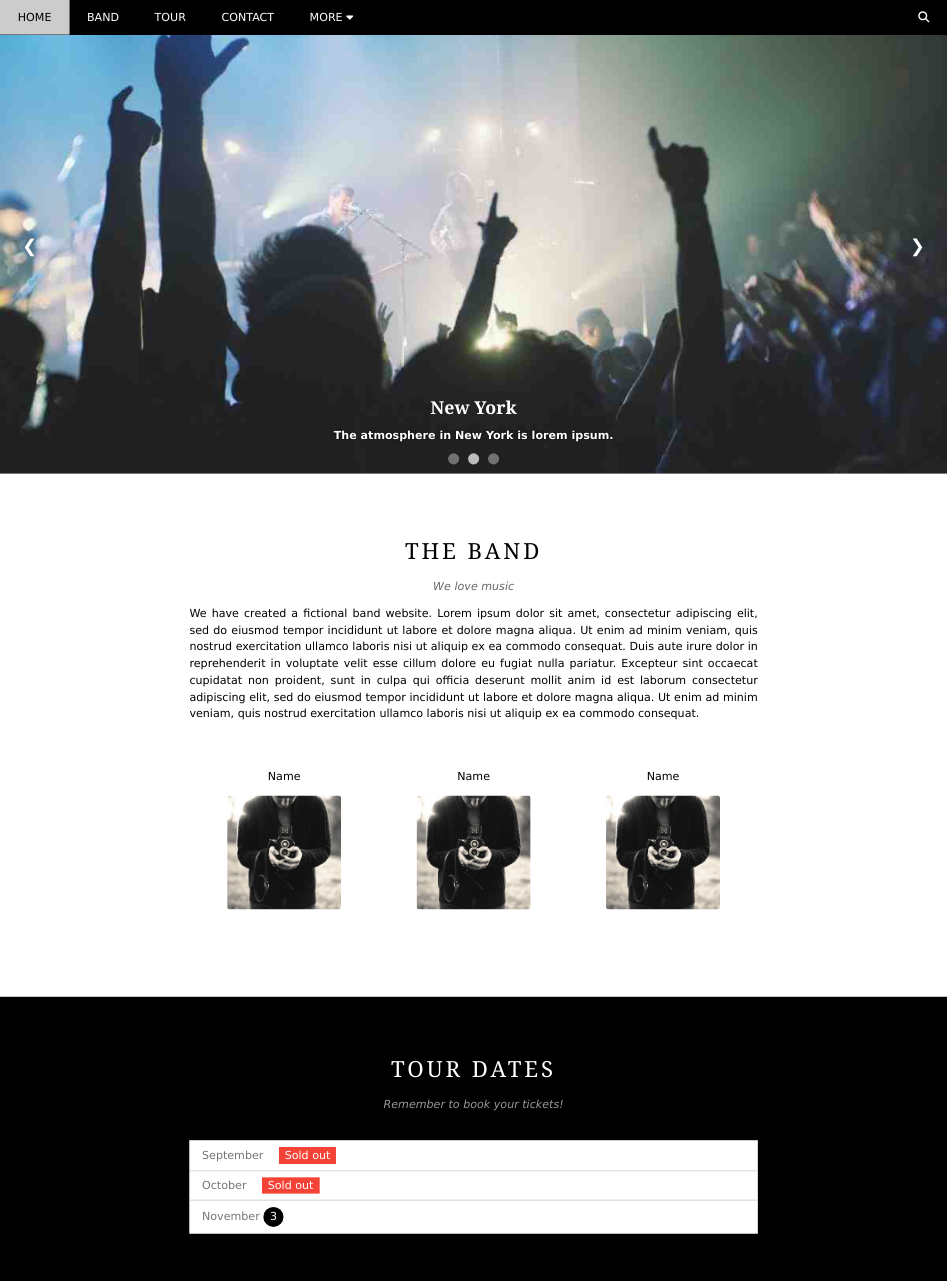
Repository: tam1512/The-Band
Page: index.html
The author's editor kept a copy of each file at every save. The page is drawn from the files as they stood at one save, then again after the next save.
The browser window is 1280 px wide. The pictures show the whole page, at 74% of full size.
Some web libraries are served in a nearby version.

Above is the page before, as saved 2022-07-23 15:45:01.

### index.html
<!DOCTYPE html>
<html lang="en">
  <head>
    <meta charset="UTF-8" />
    <meta http-equiv="X-UA-Compatible" content="IE=edge" />
    <meta name="viewport" content="width=device-width, initial-scale=1.0" />
    <link
      rel="stylesheet"
      href="https://cdnjs.cloudflare.com/ajax/libs/font-awesome/6.1.1/css/all.min.css"
      integrity="sha512-KfkfwYDsLkIlwQp6LFnl8zNdLGxu9YAA1QvwINks4PhcElQSvqcyVLLD9aMhXd13uQjoXtEKNosOWaZqXgel0g=="
      crossorigin="anonymous"
      referrerpolicy="no-referrer"
    />
    <link rel="stylesheet" href="./assets/css/style.css" />
    <title>The Band</title>
  </head>
  <body>
    <div class="container">
      <div class="header" id="home">
        <ul class="header_nav">
          <li><a href="#home">HOME</a></li>
          <li><a href="#band">BAND</a></li>
          <li><a href="#tour">TOUR</a></li>
          <li><a href="#contact">CONTACT</a></li>
          <li class="header_nav_dropdown">
            <a href="javascript:void(0)" class="dropbtn">
              MORE
              <i class="fa-solid fa-caret-down"></i>
            </a>
            <div class="dropdown-content">
              <a href="#">Merchandise</a>
              <a href="#">Extras</a>
              <a href="#">Media</a>
            </div>
          </li>
        </ul>
        <div id="header_search">
          <i class="fa-solid fa-magnifying-glass text-white"></i>
        </div>
      </div>
      <!-- Slideshow container -->
      <div class="slider">
        <!-- Full-width image with caption text -->
        <div class="slider_slides-cont">
          <div class="slider_slide">
            <img src="assets/img/la.jpg" alt="Los Angeles" />
            <div class="text padding-32-16 text-white">
              <h3 class="fz-24 margin-10-0">Los Angeles</h3>
              <p class="margin-15-0">
                <b class="text-shadow">We had the bes time playing at Venice Beach!</b>
              </p>
            </div>
          </div>

          <div class="slider_slide">
            <img src="assets/img/ny.jpg" alt="New York" />
            <div class="text padding-32-16 text-white">
              <h3 class="fz-24 margin-10-0">New York</h3>
              <p class="margin-15-0">
                <b class="text-shadow">The atmosphere in New York is lorem ipsum.</b>
              </p>
            </div>
          </div>

          <div class="slider_slide">
            <img src="assets/img/chicago.jpg" alt="Chicago" />
            <div class="text padding-32-16 text-white">
              <h3 class="fz-24 margin-10-0">Chicago</h3>
              <p class="margin-15-0">
                <b class="text-shadow">Thank you, Chicago - A night we won't forget</b>
              </p>
            </div>
          </div>
        </div>

        <!-- The pagination/circles -->
         <div class="slider_pagination"></div>

        <!-- Next and previous buttons (navigatin slide)-->
        <a class="prev">&#10094</a>
        <a class="next">&#10095</a>
        </div>
      </div>
      <div class="content">
        <div class="padding-64-16 text-center" id="band">
          <h2 class="tilte fz-30 margin-10-0">THE BAND</h2>
          <p class="margin-15-0"><i class="sub-title">We love music</i></p>
          <p class="band_content margin-15-0 text-justify">We have created a fictional band website. Lorem ipsum dolor sit amet, consectetur adipiscing elit, sed do eiusmod tempor incididunt ut labore et dolore magna aliqua. Ut enim ad minim veniam, quis nostrud exercitation ullamco laboris nisi ut aliquip ex ea commodo consequat. Duis aute irure dolor in reprehenderit in voluptate velit esse cillum dolore eu fugiat nulla pariatur. Excepteur sint occaecat cupidatat non proident, sunt in culpa qui officia deserunt mollit anim id est laborum consectetur adipiscing elit, sed do eiusmod tempor incididunt ut labore et dolore magna aliqua. Ut enim ad minim veniam, quis nostrud exercitation ullamco laboris nisi ut aliquip ex ea commodo consequat.</p>
          <div class="band_members padding-32-0">
            <div class="band_member">
              <p class="margin-15-0">Name</p>
              <img src="assets/img/bandmember.jpg" alt="band member" class="band_member_img margin-bottom-16">
            </div>
            <div class="band_member">
              <p class="margin-15-0">Name</p>
              <img src="assets/img/bandmember.jpg" alt="band member" class="band_member_img margin-bottom-16">
            </div>
            <div class="band_member">
              <p class="margin-15-0">Name</p>
              <img src="assets/img/bandmember.jpg" alt="band member" class="band_member_img margin-bottom-16">
            </div>
          </div>
          <!-- <div style="clear: both;"></div> -->
        </div>
        <div class="backgroud-black" id="tour">
          <div class="tour-container padding-64-16 text-center text-white">
            <h2 class="tilte fz-30 margin-10-0">TOUR DATES</h2>
            <p class="margin-15-0"><i class="sub-title">Remember to book your tickets!</i></p>
            <br>
            <ul class="list-month backgroud-white">
              <li class="month-item padding-8-16 boder-bottom">
                <p class="month text-grey">September</p>
                <span class="ticket-sold-out text-white">Sold out</span>
              </li>
              <li class="month-item padding-8-16 boder-bottom">
                <p class="month text-grey">October</p>
                <span class="ticket-sold-out text-white">Sold out</span>
              </li>
              <li class="month-item padding-8-16 boder-bottom">
                <p class="month text-grey">November</p>
                <span class="ticket-still text-white">3</span>
              </li>
            </ul>
          </div>
        </div>
      </div>
    </div>
    <script src="assets/js/js.js"></script>
  </body>
</html>

### assets/css/style.css
:root {
}

* {
  padding: 0;
  margin: 0;
  box-sizing: border-box;
}

body {
  font-family: Verdana, sans-serif;
  font-size: 15px;
  line-height: 22.5px;
}

h1,
h2,
h3,
h4,
h5,
h6 {
  font-family: Georgia, serif;
}

.fz-24 {
  font-size: 24px;
}

.fz-30 {
  font-size: 30px;
}

.text-white {
  color: white;
}

.text-grey {
  color: #757575;
}

.backgroud-black {
  background-color: #000;
}

.backgroud-white {
  background-color: #fff;
}

.text-center {
  text-align: center;
}

.text-justify {
  text-align: justify;
}

.padding-64-16 {
  padding: 64px 16px !important;
}

.padding-32-16 {
  padding: 32px 16px !important;
}
.padding-32-0 {
  padding: 32px 0;
}

.padding-8-16 {
  padding: 8px 16px;
}

.padding-32 {
  padding: 32px;
}

.margin-0-24 {
  margin: 0 24px !important;
}

.margin-10-0 {
  margin: 10px 0 !important;
}

.margin-15-0 {
  margin: 15px 0 !important;
}

.margin-bottom-16 {
  margin-bottom: 16px;
}

.text-shadow {
  text-shadow: 0 0 3px #000;
}

.boder-bottom {
  border: 1px solid #ddd;
}

.header {
  position: fixed;
  top: 0;
  right: 0;
  left: 0;
  z-index: 2;
}

.header_nav {
  list-style-type: none;
  background-color: #000;
  overflow: hidden;
}

.header_nav > li {
  float: left;
}

.header_nav > li > a,
.dropbtn {
  display: inline-block;
  padding: 12px 24px;
  text-align: center;
  color: #fff;
  text-decoration: none;
}

.header_nav > li > a:hover,
.header_nav_dropdown:hover,
.dropbtn:hover,
.dropdown-content a:hover {
  background-color: #ccc;
  color: black;
}

li.header_nav_dropdown {
  display: inline-block;
  /* position: relative; */
}

.dropdown-content {
  display: none;
  position: absolute;
  min-width: 160px;
  background-color: #fff;
  box-shadow: 0px 8px 16px 0px rgba(0, 0, 0, 0.2);
  z-index: 1;
}

.dropdown-content a {
  color: #000 !important;
  text-align: left;
  padding: 8px 16px;
  display: block;
  text-decoration: none;
}

.header_nav_dropdown:hover .dropdown-content {
  display: block;
}

#header_search {
  position: absolute;
  top: 0;
  right: 0;
  padding: 12px 24px;
}

#header_search:hover {
  background-color: #f44336;
}

/* Slider */
/* Slideshow container */
.slider,
.slider_slides-cont {
  max-width: 100%;
  height: auto;
  position: relative;
  /* top: 47px; */
  margin: auto;
}

/* Hide the images by default */
.slider_slide {
  display: none;
}

.slider_slide:first-child {
  display: block;
}

.slider_slides-cont img {
  width: 100%;
  height: 100%;
}

/* Next & previous buttons */
.prev,
.next {
  cursor: pointer;
  position: absolute;
  top: 50%;
  transform: translate(0, -50%);
  margin: 10px;
  padding: 24px 20px;
  color: #fff;
  font-weight: bold;
  font-size: 24px;
  transition: background-color 0.6s ease;
  border-radius: 5px 5px 5px 5px;
  user-select: none;
}

/* Position the "next button" to the right */
.next {
  right: 0;
  border-radius: 5px 5px 5px 5px;
}

/* On hover, add a black backgroound color with a little bit see-through */
.prev:hover,
.next:hover {
  background-color: rgba(191, 191, 191, 0.6);
  color: rgb(26, 23, 23);
  font-weight: bolder;
}

/* Caption text */
.text {
  position: absolute;
  left: 50%;
  transform: translate(-50%, -100%);
  text-align: center;
}

.slider_pagination {
  position: absolute;
  left: 50%;
  transform: translate(-50%, -120%);
}

.slider_pagination_btn {
  cursor: pointer;
  padding: 6px;
  background-color: transparent;
  display: inline-block;
  transition: background-color 0.6s ease;
}

.slider_pagination_btn::before {
  content: "";
  display: inline-block;
  height: 15px;
  width: 15px;
  border-radius: 50%;
  background-color: #717171;
}
.slider_pagination_btn.slider_pagination_btn--sel::before,
.slider_pagination_btn:hover::before {
  background-color: #bbb;
}

/* content */

#band,
.tour-container,
#contact {
  max-width: 800px;
  margin-left: auto;
  margin-right: auto;
}

.tilte {
  font-weight: normal;
  line-height: 45px;
  letter-spacing: 4px;
}

.sub-title {
  opacity: 0.6;
}
/* band */
/* Third image */

.band_members:after {
  content: "";
  display: table;
  clear: both;
}

.band_member {
  float: left;
  width: calc(100% / 3);
}

.band_member_img {
  width: 60%;
  border-radius: 4px;
}

/* Month ticket */
.list-month {
  list-style-type: none;
  text-align: left;
}

.month {
  display: inline-block;
}

.ticket-sold-out {
  display: inline-block;
  background-color: #f44336;
  padding: 0 8px;
  margin-left: 16px;
}

.ticket-still {
  display: inline-block;
  padding: 0 9px;
  margin: 0 16px 0 0;
  line-height: 27px;
  text-align: center;
  background-color: #000;
  border-radius: 50%;
}

### assets/js/js.js
let currentIndex = 0;
let newIndex = 0;
let autoplay = true;

//tạo một object cho việc tự động chuyển slide
let Autoplay = {
  timerID: null,
  interval: 4000,

  start: function () {
    this.timerID = setInterval(function () {
      newIndex++;
      navigateSlider();
    }, this.interval);
  },

  reset: function () {
    clearInterval(this.timerID);
    this.start();
  },
};

let slideElements = document.getElementsByClassName("slider_slide");
let slidesLength = slideElements.length;
let paginationElement = document.getElementsByClassName("slider_pagination")[0];
let prevElement = document.getElementsByClassName("prev")[0];
let nextElement = document.getElementsByClassName("next")[0];

// lấy sự kiện click của 2 nut prev và next
prevElement.addEventListener("click", function () {
  newIndex--;
  navigateSlider();
});

nextElement.addEventListener("click", function () {
  newIndex++;
  navigateSlider();
});

// tạo số dot tương ứng với số slide
paginationHTML = [];
for (let i = 0; i < slidesLength; i++) {
  paginationHTML.push(
    `<span class="slider_pagination_btn" data-index="${i}"></span>`
  );
}
// Thêm paginationHTML vào bên trong thẻ HTML
paginationElement.innerHTML = paginationHTML.join("");

//kiểm tra xem đã có phần tử chứa class="slider_pagination_btn" chưa? nếu có lấy giá trị trong data-index của nó gán cho newIndex
paginationElement.addEventListener("click", function (e) {
  let target = e.target;
  if (target.classList.contains("slider_pagination_btn")) {
    newIndex = Number(target.getAttribute("data-index"));
    navigateSlider();
  }
});

// Hàm hiện thị slide
function navigateSlider() {
  // Kiểm tra để newIndex luôn nằm trong khoảng từ 0 -> slideLength
  if (newIndex < 0) {
    newIndex = slidesLength - 1;
  } else if (newIndex > slidesLength - 1) {
    newIndex = 0;
  }

  //Thêm và xóa slider_pagination_btn--sel
  paginationElement.childNodes[currentIndex].classList.remove(
    "slider_pagination_btn--sel"
  );
  paginationElement.childNodes[newIndex].classList.add(
    "slider_pagination_btn--sel"
  );

  //reset interval(khoảng thời gian) để slide không gặp vấn đề về chuyển đổi
  if (autoplay) {
    Autoplay.reset();
  }

  //Ẩn slide trước và hiện slide cần hiện
  slideElements[currentIndex].style.display = "none";
  slideElements[newIndex].style.display = "block";

  currentIndex = newIndex;
}

// thiết lập autoplay cho slider
if (autoplay) {
  Autoplay.start();
}

// khi load page sẽ bị lỗi hiển thị ban đầu, đây là cách giải quyết
navigateSlider();

After the next save:
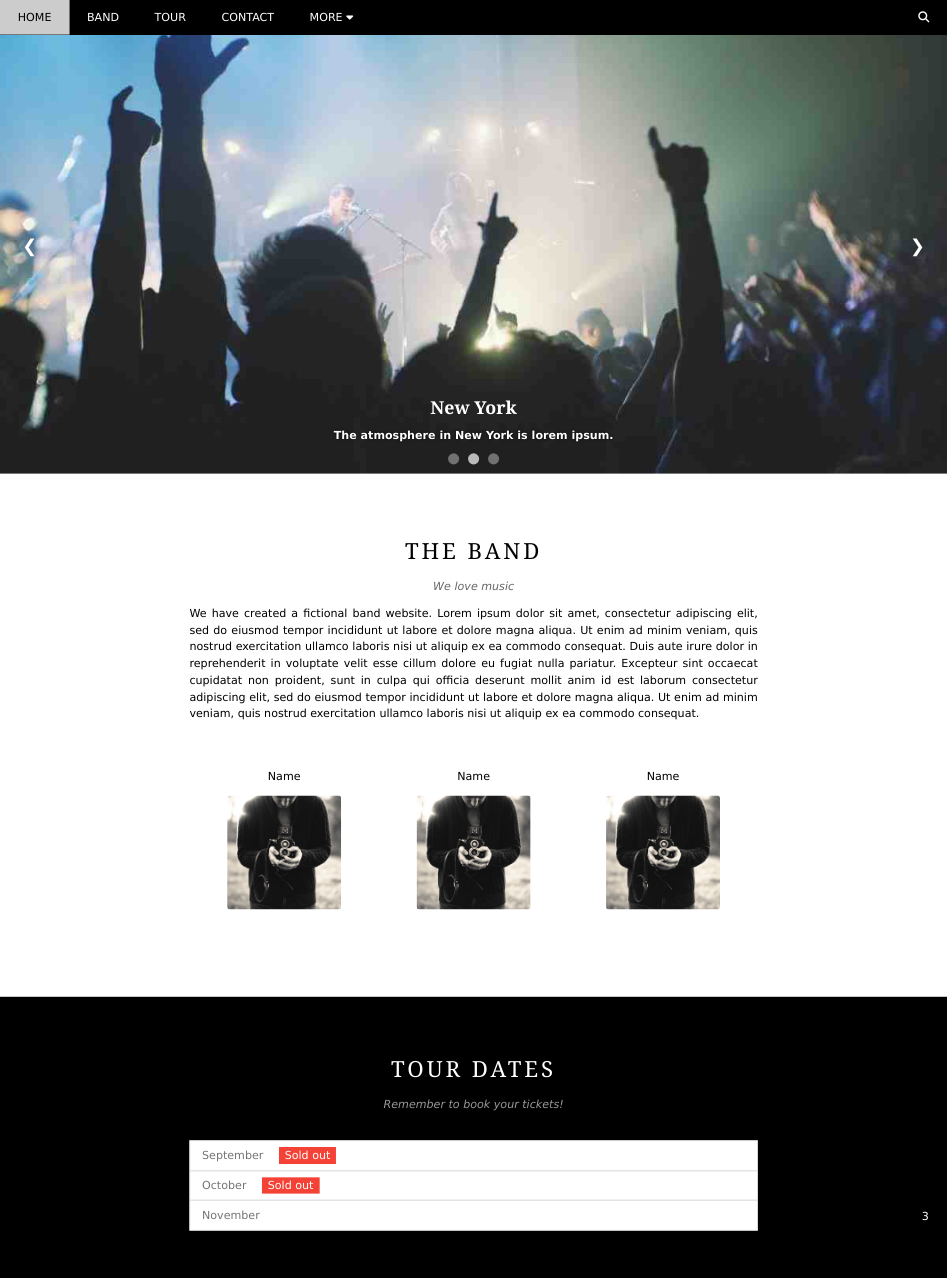
Saved 62 s later.
--- a/assets/css/style.css
+++ b/assets/css/style.css
@@ -318,7 +318,8 @@
 .ticket-still {
   display: inline-block;
   padding: 0 9px;
-  margin: 0 16px 0 0;
+  position: absolute;
+  right: 16px;
   line-height: 27px;
   text-align: center;
   background-color: #000;
